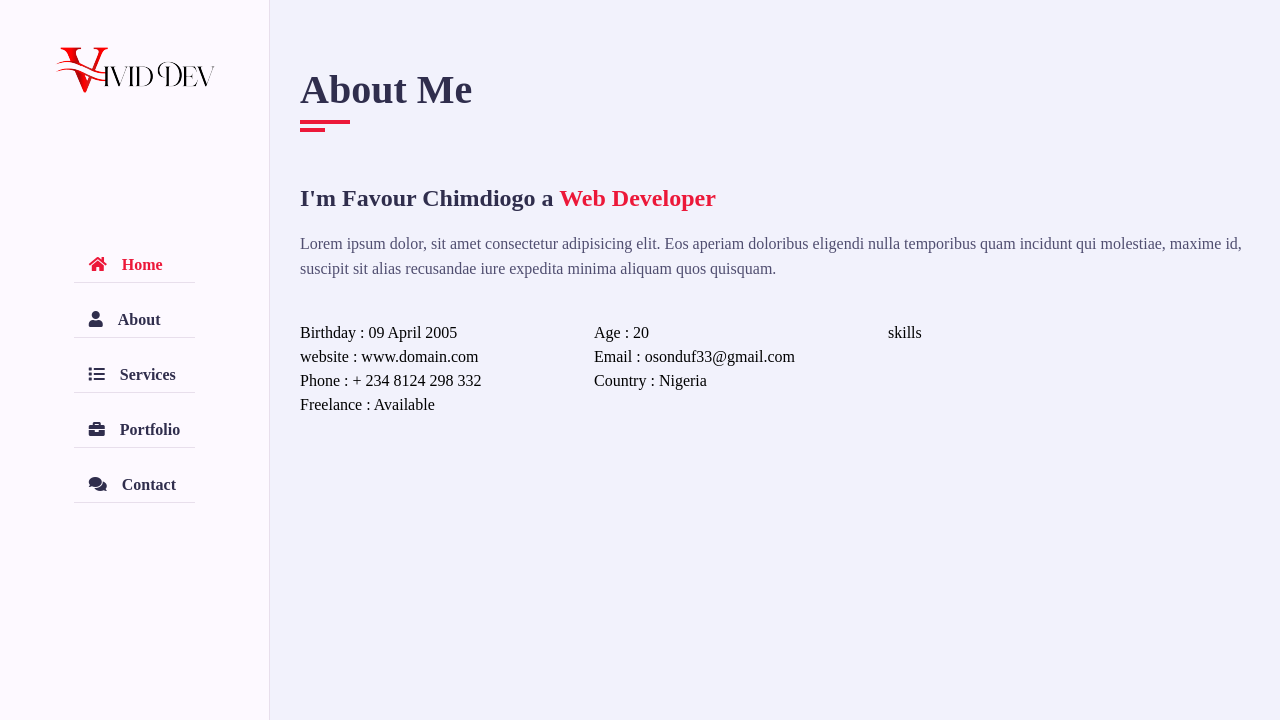
Repository: Big-Fave1/vivid-dev-portfolio
Page: build/index.html
The author's editor kept a copy of each file at every save. The page is drawn from the files as they stood at one save, then again after the next save.
The browser window is 1280 px wide. The pictures show the whole page.
Some web fonts or font styles are not loaded; a fallback is used.

Above is the page before, as saved 2025-05-30 13:46:39.

After the next save:
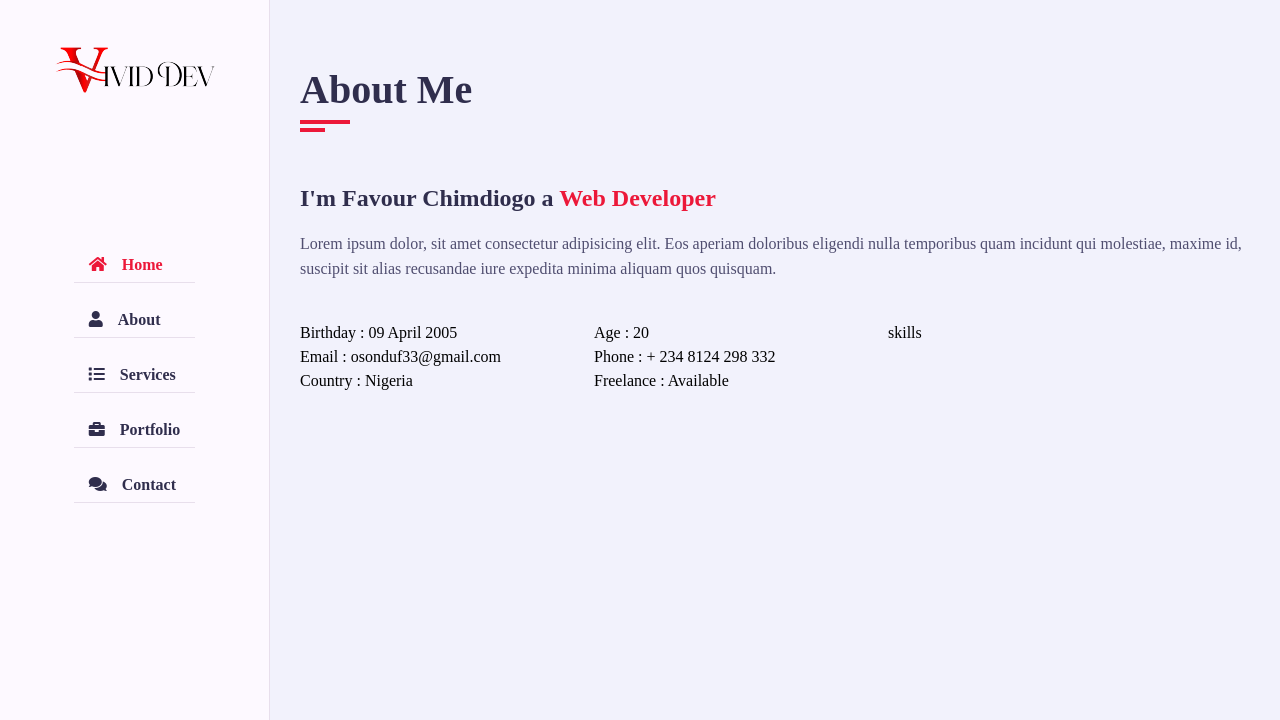
Saved 35 s later.
--- a/build/index.html
+++ b/build/index.html
@@ -73,9 +73,6 @@
                                         <p>Age : <span>20</span></p>
                                     </div>
                                     <div class="info-item padd-15">
-                                        <p>website : <span>www.domain.com</span></p>
-                                    </div>
-                                    <div class="info-item padd-15">
                                         <p>Email : <span>osonduf33@gmail.com</span></p>
                                     </div>
                                     <div class="info-item padd-15">

After the save that followed:
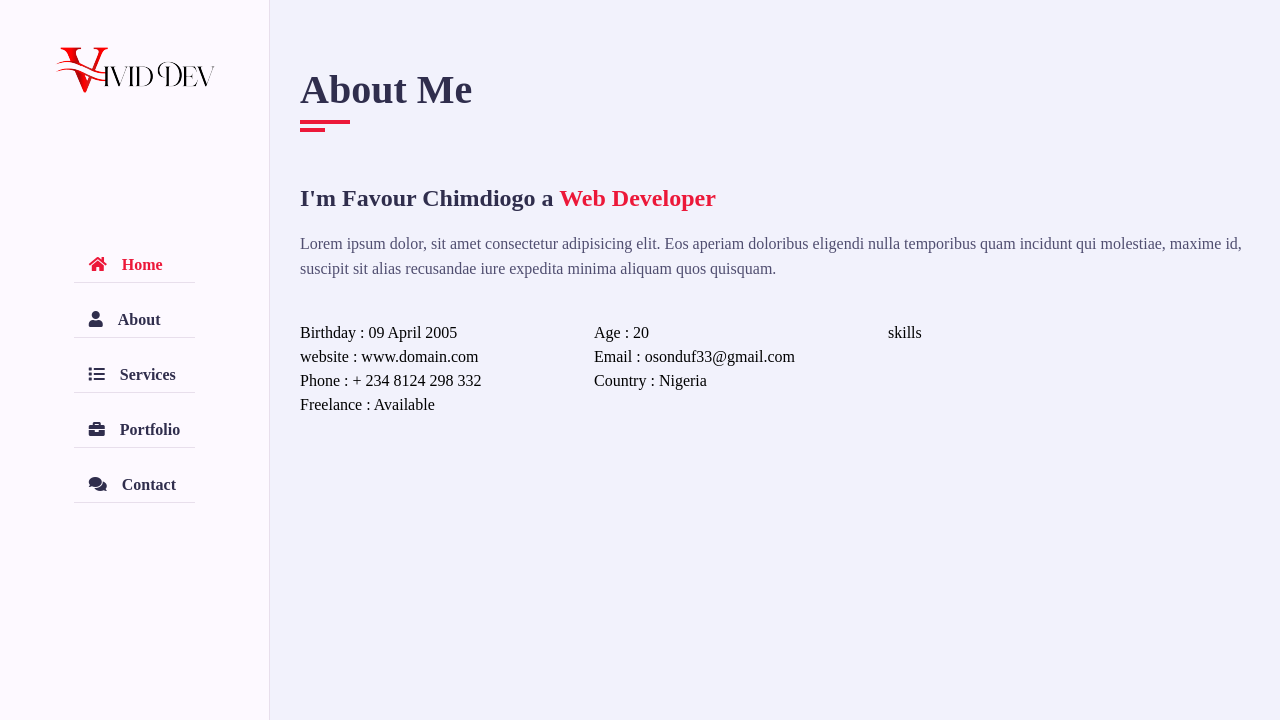
Saved 13 s later.
--- a/build/index.html
+++ b/build/index.html
@@ -73,6 +73,9 @@
                                         <p>Age : <span>20</span></p>
                                     </div>
                                     <div class="info-item padd-15">
+                                        <p>website : <span>www.domain.com</span></p>
+                                    </div>
+                                    <div class="info-item padd-15">
                                         <p>Email : <span>osonduf33@gmail.com</span></p>
                                     </div>
                                     <div class="info-item padd-15">
